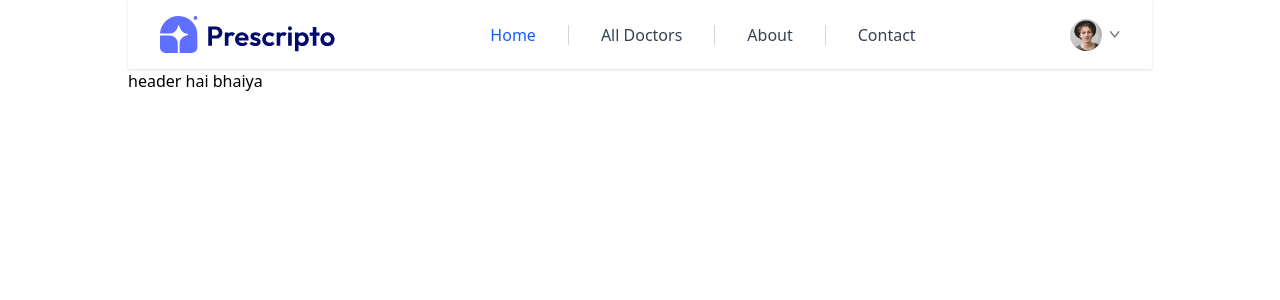
Repository: Pran2535/appointement_booking
Page: / (app in frontend/)
These files come from the project's save history. The page is drawn as it stood at one moment and after the next save; the edit follows.
The browser window is 1280 px wide. The pictures show the whole page.
The project was rebuilt for these pictures with package versions that can differ from the ones it lists, and the page was loaded fresh each time. Also part of the build but not shown: frontend/vite.config.js, frontend/src/pages/About.jsx, frontend/src/pages/MyAppointments.jsx, frontend/src/pages/Doctors.jsx, frontend/src/pages/Login.jsx, frontend/src/pages/Contact.jsx, frontend/src/pages/MyProfile.jsx, frontend/src/pages/Appointment.jsx.

Above is the page before, as saved 2025-02-16 20:47:35.

### frontend/index.html
<!doctype html>
<html lang="en">
  <head>
    <meta charset="UTF-8" />
    <link rel="icon" type="image/svg+xml" href="/vite.svg" />
    <meta name="viewport" content="width=device-width, initial-scale=1.0" />
    <title>Mishra healthcare</title>
  </head>
  <body>
    <div id="root"></div>
    <script type="module" src="/src/main.jsx"></script>
  </body>
</html>

### frontend/src/main.jsx
import { StrictMode } from 'react'
import { createRoot } from 'react-dom/client'
import './index.css'
import App from './App.jsx'
import { BrowserRouter } from 'react-router-dom'

createRoot(document.getElementById('root')).render(
<BrowserRouter>
    <App />
  </BrowserRouter>,
)

### frontend/src/App.jsx
import React from 'react'
import { Route, Routes } from 'react-router-dom'
import Home from './pages/Home'
import About from './pages/About'
import MyAppointments from './pages/MyAppointments'
import Doctors from './pages/Doctors'
import Login from './pages/Login'
import Contact from './pages/Contact'
import MyProfile from './pages/MyProfile'
import Appointment from './pages/Appointment'
import Navbar from './components/Navbar'

const App = () => {
  return (
    <div className='mx-4 sm:mx-[10%]'>
      <Navbar/>{ /* mounted navbar component before routes so that it gets displayed over the all routes */}
      <Routes>
        <Route path='/' element={<Home />} />
        <Route path='/about' element={<About />} />
        <Route path='/my-appointments' element={<MyAppointments />} />
        <Route path='/doctors' element={<Doctors/>}/>
        <Route path='/doctors/:speciality' element={<Doctors/>}/>
        <Route path ='/login' element={<Login/>}/>
        <Route path='/contact' element={<Contact/>}/>
        <Route path ='/my-profile' element={<MyProfile/>}/>
        <Route path ='/appointments/:docId' element={<Appointment/>}/>
      </Routes>
    </div>
  )
}

export default App

### frontend/src/pages/Home.jsx
import React from 'react'
import Header from '../components/Header'

const Home = () => {
  return (
    <div>
      <Header/>
    </div>
  )
}

export default Home

### frontend/src/components/Navbar.jsx
import React, { useState } from 'react'
import { NavLink, useNavigate } from 'react-router-dom'
import { assets } from '../assets/assets'

const links = [
  { to: '/', label: 'Home' },
  { to: '/doctors', label: 'All Doctors' },
  { to: '/about', label: 'About' },
  { to: '/contact', label: 'Contact' }
]

const Navbar = () => {
  const navigate = useNavigate();
  const [showMenu, setShowMenu]=useState(false);
  const [token,setToken]=useState(true);


  return (
    <nav className="sticky top-0 bg-white shadow-sm z-50">
      <div className="max-w-7xl mx-auto px-4 sm:px-6 lg:px-8 py-4 flex items-center justify-between">
        {/* Logo */}
        <div className="flex-shrink-0">
          <img
            className="w-32 md:w-40 lg:w-44 h-auto cursor-pointer transition-transform hover:scale-105"
            src={assets.logo}
            alt="Company Logo"
          />
        </div>

        {/* Navigation Links */}
        <div className="hidden md:block">
          <ul className="flex items-center space-x-8">
            {links.map((l, i) => (
              <React.Fragment key={l.to}>
                <NavLink
                  to={l.to}
                  className={({ isActive }) =>
                    `font-medium transition-colors duration-200 hover:text-blue-600 ${
                      isActive ? 'text-blue-600' : 'text-gray-700'
                    }`
                  }
                >
                  {l.label}
                </NavLink>
                {i < links.length - 1 && (
                  <div className="h-5 w-px bg-gray-300" aria-hidden="true" />
                )}
              </React.Fragment>
            ))}
          </ul>
        </div>

        {/* CTA Button */}
        <div className="flex items-center gap-4">
            {
                token?
                <div className='flex items-center gap-2 cursor-pointer group relative' >
                    <img className='w-8 rounded-full' src={assets.profile_pic} alt="" />
                    <img className='w-2.5 ' src={assets.dropdown_icon} alt="" />
                    <div className='absolute top-0 right-0 pt-14 text-base font-medium text-gray-600 z-20 hidden group-hover:block'>
                        <div className='min-w-48 bg-stone-100 rounded flex flex-col gap-4 p-4'>
                            <p onClick={()=>navigate('/my-appointments')} className='hover:text-black cursor-pointer'>My Appointments</p>
                            <p onClick={()=>navigate('/my-profile')} className='hover:text-black cursor-pointer'>My Profile</p>
                            <p onClick={()=>setToken(false)} className='hover:text-black cursor-pointer'>Logout</p>
                        </div>
                    </div>
                </div>

                :
                 <button
            onClick={() => navigate('/login')}
            className="hidden cursor-pointer md:block bg-blue-600 hover:bg-blue-700 text-white px-6 py-3 rounded-full font-semibold transition-colors duration-200 focus:outline-none focus:ring-2 focus:ring-blue-500 focus:ring-offset-2 shadow-md"
          >
            Create Account
          </button>
            }

        </div>
      </div>
    </nav>
  )
}

export default Navbar

### frontend/src/components/Header.jsx
import React from 'react'

const Header = () => {
  return (
    <div>
      header hai bhaiya
    </div>
  )
}

export default Header

### frontend/src/assets/assets.js
import appointment_img from './appointment_img.png'
import header_img from './header_img.png'
import group_profiles from './group_profiles.png'
import profile_pic from './profile_pic.png'
import contact_image from './contact_image.png'
import about_image from './about_image.png'
import logo from './logo.svg'
import dropdown_icon from './dropdown_icon.svg'
import menu_icon from './menu_icon.svg'
import cross_icon from './cross_icon.png'
import chats_icon from './chats_icon.svg'
import verified_icon from './verified_icon.svg'
import arrow_icon from './arrow_icon.svg'
import info_icon from './info_icon.svg'
import upload_icon from './upload_icon.png'
import stripe_logo from './stripe_logo.png'
import razorpay_logo from './razorpay_logo.png'
import doc1 from './doc1.png'
import doc2 from './doc2.png'
import doc3 from './doc3.png'
import doc4 from './doc4.png'
import doc5 from './doc5.png'
import doc6 from './doc6.png'
import doc7 from './doc7.png'
import doc8 from './doc8.png'
import doc9 from './doc9.png'
import doc10 from './doc10.png'
import doc11 from './doc11.png'
import doc12 from './doc12.png'
import doc13 from './doc13.png'
import doc14 from './doc14.png'
import doc15 from './doc15.png'
import Dermatologist from './Dermatologist.svg'
import Gastroenterologist from './Gastroenterologist.svg'
import General_physician from './General_physician.svg'
import Gynecologist from './Gynecologist.svg'
import Neurologist from './Neurologist.svg'
import Pediatricians from './Pediatricians.svg'


export const assets = {
    appointment_img,
    header_img,
    group_profiles,
    logo,
    chats_icon,
    verified_icon,
    info_icon,
    profile_pic,
    arrow_icon,
    contact_image,
    about_image,
    menu_icon,
    cross_icon,
    dropdown_icon,
    upload_icon,
    stripe_logo,
    razorpay_logo
}

export const specialityData = [
    {
        speciality: 'General physician',
        image: General_physician
    },
    {
        speciality: 'Gynecologist',
        image: Gynecologist
    },
    {
        speciality: 'Dermatologist',
        image: Dermatologist
    },
    {
        speciality: 'Pediatricians',
        image: Pediatricians
    },
    {
        speciality: 'Neurologist',
        image: Neurologist
    },
    {
        speciality: 'Gastroenterologist',
        image: Gastroenterologist
    },
]

export const doctors = [
    {
        _id: 'doc1',
        name: 'Dr. Richard James',
        image: doc1,
        speciality: 'General physician',
        degree: 'MBBS',
        experience: '4 Years',
        about: 'Dr. Davis has a strong commitment to delivering comprehensive medical care, focusing on preventive medicine, early diagnosis, and effective treatment strategies. Dr. Davis has a strong commitment to delivering comprehensive medical care, focusing on preventive medicine, early diagnosis, and effective treatment strategies.',
        fees: 50,
        address: {
            line1: '17th Cross, Richmond',
            line2: 'Circle, Ring Road, London'
        }
    },
    {
        _id: 'doc2',
        name: 'Dr. Emily Larson',
        image: doc2,
        speciality: 'Gynecologist',
        degree: 'MBBS',
        experience: '3 Years',
        about: 'Dr. Davis has a strong commitment to delivering comprehensive medical care, focusing on preventive medicine, early diagnosis, and effective treatment strategies. Dr. Davis has a strong commitment to delivering comprehensive medical care, focusing on preventive medicine, early diagnosis, and effective treatment strategies.',
        fees: 60,
        address: {
            line1: '27th Cross, Richmond',
            line2: 'Circle, Ring Road, London'
        }
    },
    {
        _id: 'doc3',
        name: 'Dr. Sarah Patel',
        image: doc3,
        speciality: 'Dermatologist',
        degree: 'MBBS',
        experience: '1 Years',
        about: 'Dr. Davis has a strong commitment to delivering comprehensive medical care, focusing on preventive medicine, early diagnosis, and effective treatment strategies. Dr. Davis has a strong commitment to delivering comprehensive medical care, focusing on preventive medicine, early diagnosis, and effective treatment strategies.',
        fees: 30,
        address: {
            line1: '37th Cross, Richmond',
            line2: 'Circle, Ring Road, London'
        }
    },
    {
        _id: 'doc4',
        name: 'Dr. Christopher Lee',
        image: doc4,
        speciality: 'Pediatricians',
        degree: 'MBBS',
        experience: '2 Years',
        about: 'Dr. Davis has a strong commitment to delivering comprehensive medical care, focusing on preventive medicine, early diagnosis, and effective treatment strategies. Dr. Davis has a strong commitment to delivering comprehensive medical care, focusing on preventive medicine, early diagnosis, and effective treatment strategies.',
        fees: 40,
        address: {
            line1: '47th Cross, Richmond',
            line2: 'Circle, Ring Road, London'
        }
    },
    {
        _id: 'doc5',
        name: 'Dr. Jennifer Garcia',
        image: doc5,
        speciality: 'Neurologist',
        degree: 'MBBS',
        experience: '4 Years',
        about: 'Dr. Davis has a strong commitment to delivering comprehensive medical care, focusing on preventive medicine, early diagnosis, and effective treatment strategies. Dr. Davis has a strong commitment to delivering comprehensive medical care, focusing on preventive medicine, early diagnosis, and effective treatment strategies.',
        fees: 50,
        address: {
            line1: '57th Cross, Richmond',
            line2: 'Circle, Ring Road, London'
        }
    },
    {
        _id: 'doc6',
        name: 'Dr. Andrew Williams',
        image: doc6,
        speciality: 'Neurologist',
        degree: 'MBBS',
        experience: '4 Years',
        about: 'Dr. Davis has a strong commitment to delivering comprehensive medical care, focusing on preventive medicine, early diagnosis, and effective treatment strategies. Dr. Davis has a strong commitment to delivering comprehensive medical care, focusing on preventive medicine, early diagnosis, and effective treatment strategies.',
        fees: 50,
        address: {
            line1: '57th Cross, Richmond',
            line2: 'Circle, Ring Road, London'
        }
    },
    {
        _id: 'doc7',
        name: 'Dr. Christopher Davis',
        image: doc7,
        speciality: 'General physician',
        degree: 'MBBS',
        experience: '4 Years',
        about: 'Dr. Davis has a strong commitment to delivering comprehensive medical care, focusing on preventive medicine, early diagnosis, and effective treatment strategies. Dr. Davis has a strong commitment to delivering comprehensive medical care, focusing on preventive medicine, early diagnosis, and effective treatment strategies.',
        fees: 50,
        address: {
            line1: '17th Cross, Richmond',
            line2: 'Circle, Ring Road, London'
        }
    },
    {
        _id: 'doc8',
        name: 'Dr. Timothy White',
        image: doc8,
        speciality: 'Gynecologist',
        degree: 'MBBS',
        experience: '3 Years',
        about: 'Dr. Davis has a strong commitment to delivering comprehensive medical care, focusing on preventive medicine, early diagnosis, and effective treatment strategies. Dr. Davis has a strong commitment to delivering comprehensive medical care, focusing on preventive medicine, early diagnosis, and effective treatment strategies.',
        fees: 60,
        address: {
            line1: '27th Cross, Richmond',
            line2: 'Circle, Ring Road, London'
        }
    },
    {
        _id: 'doc9',
        name: 'Dr. Ava Mitchell',
        image: doc9,
        speciality: 'Dermatologist',
        degree: 'MBBS',
        experience: '1 Years',
        about: 'Dr. Davis has a strong commitment to delivering comprehensive medical care, focusing on preventive medicine, early diagnosis, and effective treatment strategies. Dr. Davis has a strong commitment to delivering comprehensive medical care, focusing on preventive medicine, early diagnosis, and effective treatment strategies.',
        fees: 30,
        address: {
            line1: '37th Cross, Richmond',
            line2: 'Circle, Ring Road, London'
        }
    },
    {
        _id: 'doc10',
        name: 'Dr. Jeffrey King',
        image: doc10,
        speciality: 'Pediatricians',
        degree: 'MBBS',
        experience: '2 Years',
        about: 'Dr. Davis has a strong commitment to delivering comprehensive medical care, focusing on preventive medicine, early diagnosis, and effective treatment strategies. Dr. Davis has a strong commitment to delivering comprehensive medical care, focusing on preventive medicine, early diagnosis, and effective treatment strategies.',
        fees: 40,
        address: {
            line1: '47th Cross, Richmond',
            line2: 'Circle, Ring Road, London'
        }
    },
    {
        _id: 'doc11',
        name: 'Dr. Zoe Kelly',
        image: doc11,
        speciality: 'Neurologist',
        degree: 'MBBS',
        experience: '4 Years',
        about: 'Dr. Davis has a strong commitment to delivering comprehensive medical care, focusing on preventive medicine, early diagnosis, and effective treatment strategies. Dr. Davis has a strong commitment to delivering comprehensive medical care, focusing on preventive medicine, early diagnosis, and effective treatment strategies.',
        fees: 50,
        address: {
            line1: '57th Cross, Richmond',
            line2: 'Circle, Ring Road, London'
        }
    },
    {
        _id: 'doc12',
        name: 'Dr. Patrick Harris',
        image: doc12,
        speciality: 'Neurologist',
        degree: 'MBBS',
        experience: '4 Years',
        about: 'Dr. Davis has a strong commitment to delivering comprehensive medical care, focusing on preventive medicine, early diagnosis, and effective treatment strategies. Dr. Davis has a strong commitment to delivering comprehensive medical care, focusing on preventive medicine, early diagnosis, and effective treatment strategies.',
        fees: 50,
        address: {
            line1: '57th Cross, Richmond',
            line2: 'Circle, Ring Road, London'
        }
    },
    {
        _id: 'doc13',
        name: 'Dr. Chloe Evans',
        image: doc13,
        speciality: 'General physician',
        degree: 'MBBS',
        experience: '4 Years',
        about: 'Dr. Davis has a strong commitment to delivering comprehensive medical care, focusing on preventive medicine, early diagnosis, and effective treatment strategies. Dr. Davis has a strong commitment to delivering comprehensive medical care, focusing on preventive medicine, early diagnosis, and effective treatment strategies.',
        fees: 50,
        address: {
            line1: '17th Cross, Richmond',
            line2: 'Circle, Ring Road, London'
        }
    },
    {
        _id: 'doc14',
        name: 'Dr. Ryan Martinez',
        image: doc14,
        speciality: 'Gynecologist',
        degree: 'MBBS',
        experience: '3 Years',
        about: 'Dr. Davis has a strong commitment to delivering comprehensive medical care, focusing on preventive medicine, early diagnosis, and effective treatment strategies. Dr. Davis has a strong commitment to delivering comprehensive medical care, focusing on preventive medicine, early diagnosis, and effective treatment strategies.',
        fees: 60,
        address: {
            line1: '27th Cross, Richmond',
            line2: 'Circle, Ring Road, London'
        }
    },
    {
        _id: 'doc15',
        name: 'Dr. Amelia Hill',
        image: doc15,
        speciality: 'Dermatologist',
        degree: 'MBBS',
        experience: '1 Years',
        about: 'Dr. Davis has a strong commitment to delivering comprehensive medical care, focusing on preventive medicine, early diagnosis, and effective treatment strategies. Dr. Davis has a strong commitment to delivering comprehensive medical care, focusing on preventive medicine, early diagnosis, and effective treatment strategies.',
        fees: 30,
        address: {
            line1: '37th Cross, Richmond',
            line2: 'Circle, Ring Road, London'
        }
    },
]

Loaded but not shown: frontend/src/index.css (common file)

After the next save:
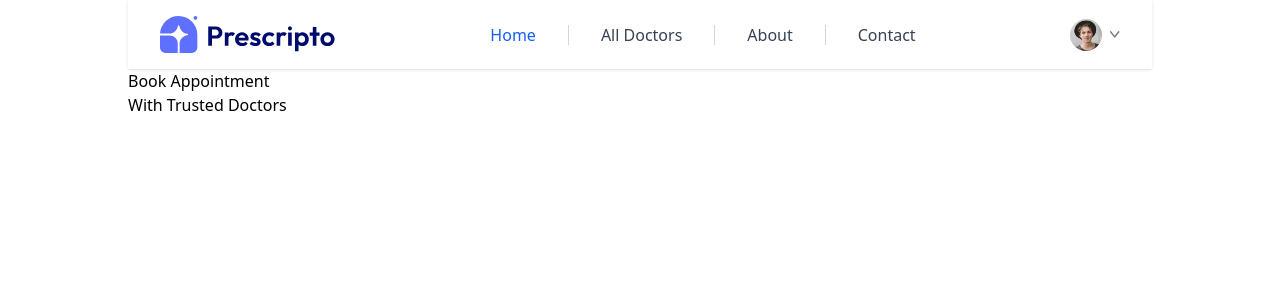
Saved 102 s later.
--- a/frontend/src/components/Header.jsx
+++ b/frontend/src/components/Header.jsx
@@ -3,7 +3,14 @@ import React from 'react'
 const Header = () => {
   return (
     <div>
-      header hai bhaiya
+      {/* { left side } */}
+      <div className="">
+<p>Book Appointment <br /> With Trusted Doctors</p>
+      </div>
+{/* { right side } */}
+<div className="">
+
+</div>
     </div>
   )
 }
